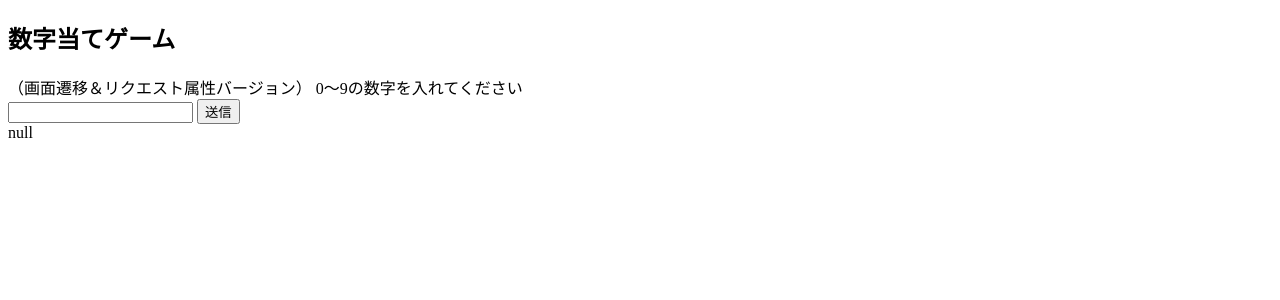
Repository: testsen/servlet
Page: http://localhost/basic/reqattr/guess.jsp
An editor plug-in stored every save of this project. The page is shown before and after the next save, followed by the edit.
The browser window is 1280 px wide. The pictures show the whole page.
The page is served by Tomcat 9. Other server files are loaded and not shown.

Above is the page before, as saved 2018-12-24 09:58:08.

### basic/reqattr/guess.jsp
<%@ page language="java" contentType="text/html; charset=UTF-8"
    pageEncoding="UTF-8"%>
<!DOCTYPE html>
<html>
<head>
<meta charset="UTF-8">
<title>Insert title here</title>
</head>
<body>

<H2>数字当てゲーム</H2>

（画面遷移＆リクエスト属性バージョン）

0～9の数字を入れてください

<form action="../servlet/GuessServlet2">
<input type="text" name="number">
<input type="submit" value="送信">
</form>

<%
String result =  (String)request.getAttribute("result");
out.print(result);
%>


</body>
</html>

After the next save:
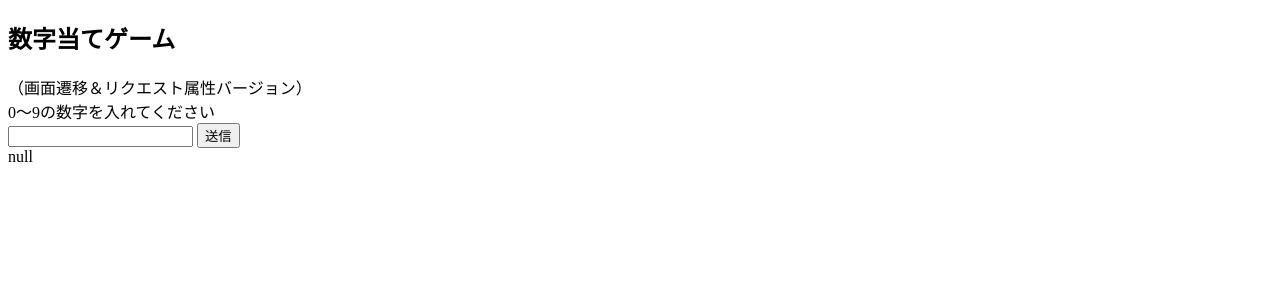
Saved 102 s later.
--- a/basic/reqattr/guess.jsp
+++ b/basic/reqattr/guess.jsp
@@ -10,7 +10,7 @@
 
 <H2>数字当てゲーム</H2>
 
-（画面遷移＆リクエスト属性バージョン）
+（画面遷移＆リクエスト属性バージョン）<br>
 
 0～9の数字を入れてください
 
